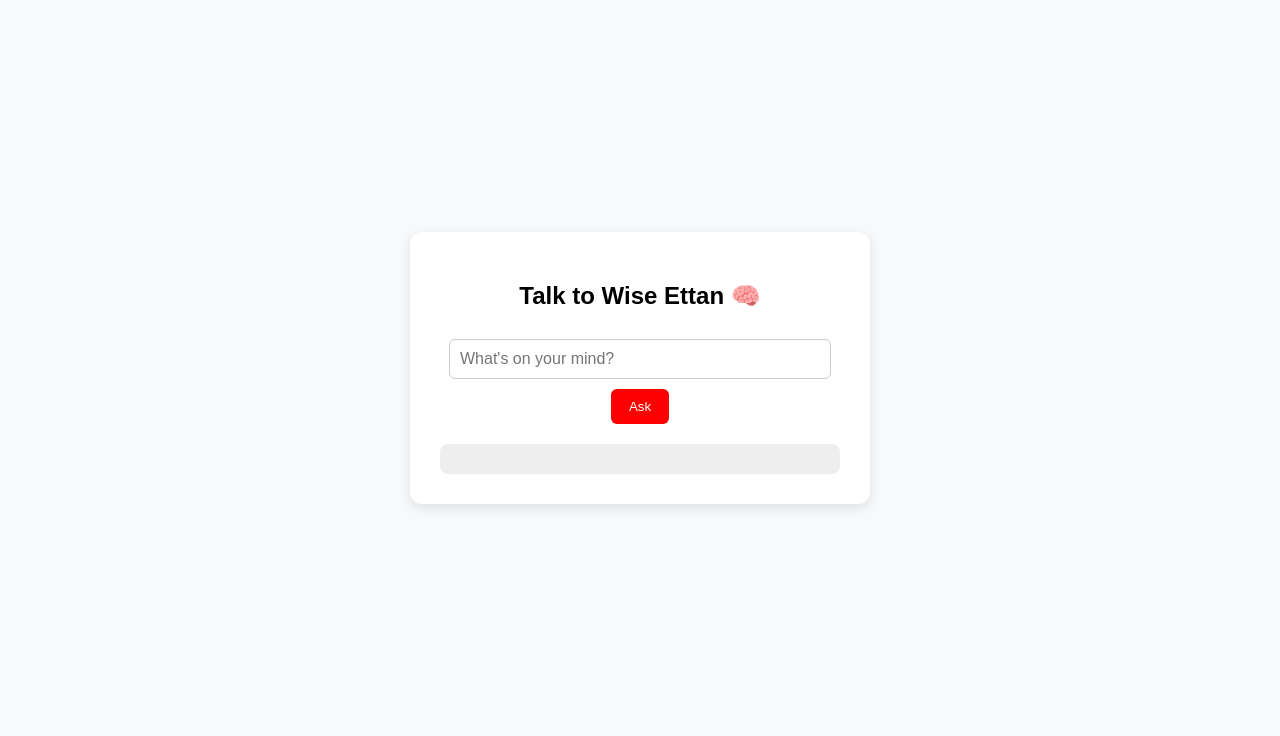
Repository: ryukkzz/Wise-Ettan-s-Zone
Page: chatbot.html
The author's editor kept a copy of each file at every save. The page is drawn from the files as they stood at one save, then again after the next save.
The browser window is 1280 px wide. The pictures show the whole page.

Above is the page before, as saved 2025-08-08 22:42:46.

After the next save:
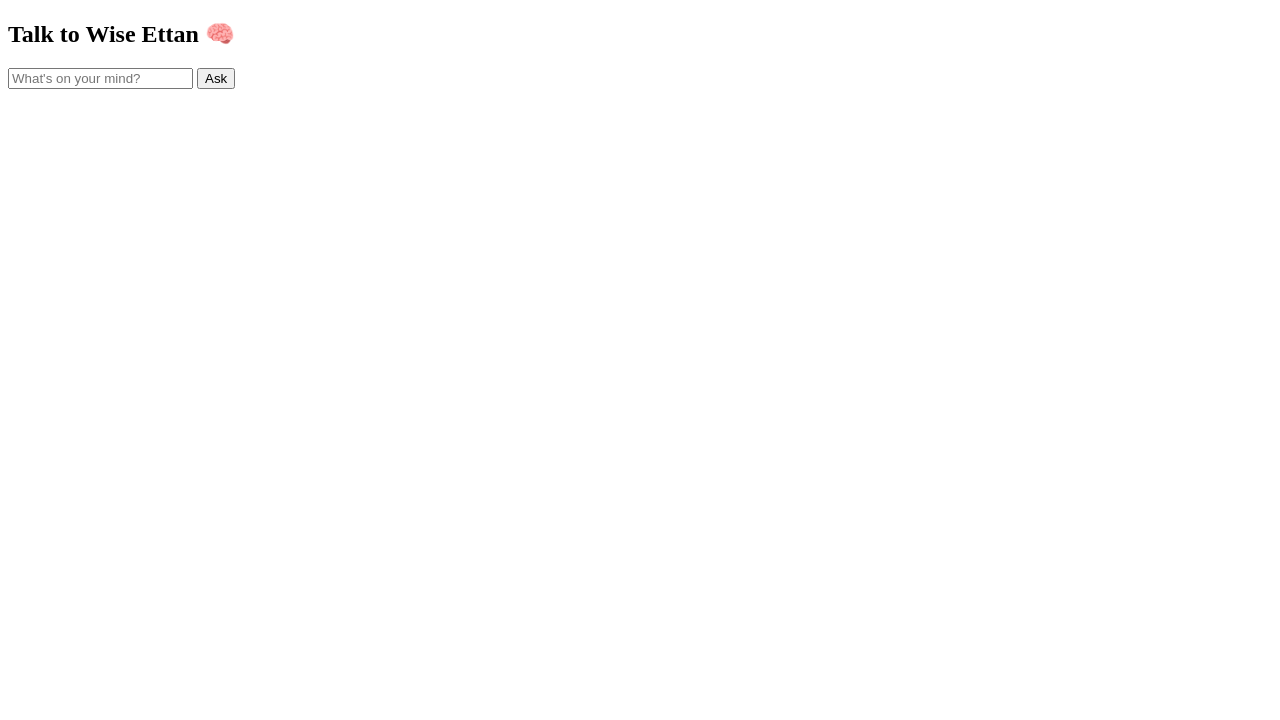
Not found: chatbot.css
Saved 105 s later.
--- a/chatbot.html
+++ b/chatbot.html
@@ -3,7 +3,7 @@
 <head>
   <meta charset="UTF-8">
   <title>Wise Ettan's Chatbot</title>
-  <link rel="stylesheet" href="chatbotd.css">
+  <link rel="stylesheet" href="chatbot.css">
 </head>
 <body>
   <div class="chat-container">

After the save that followed:
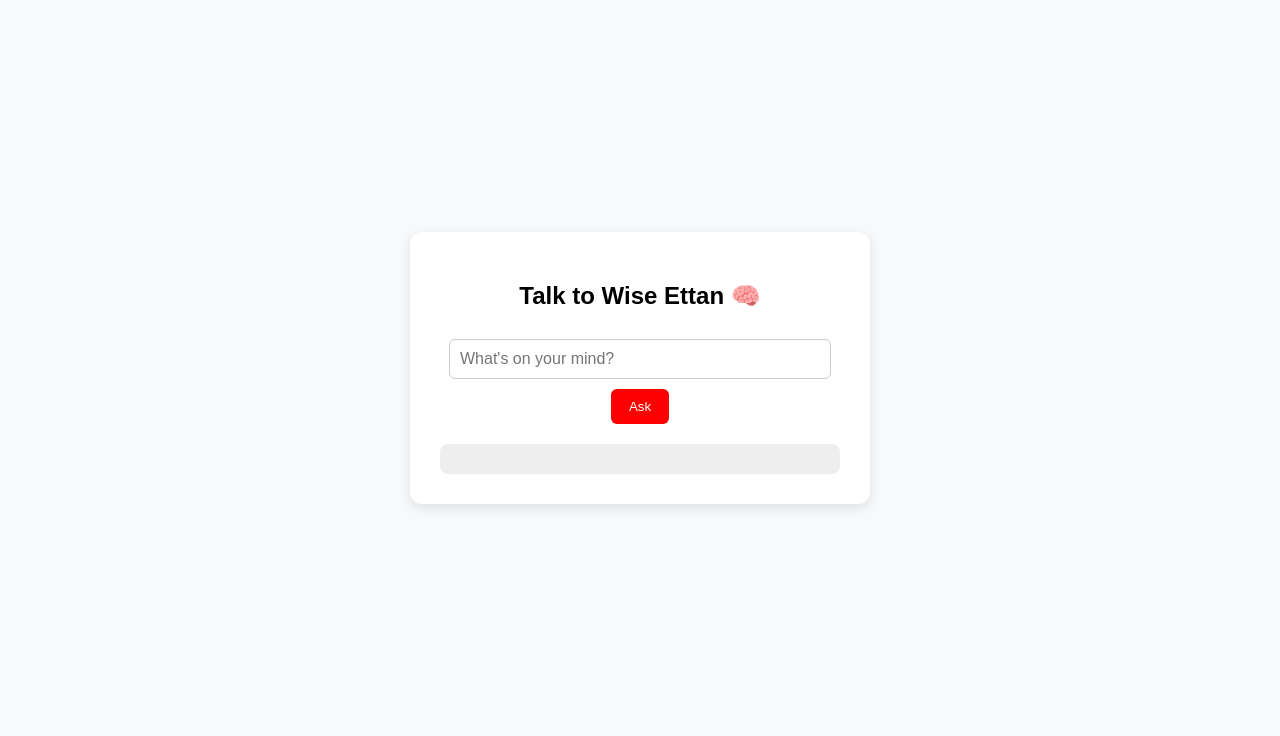
Saved 6 min 8 s later.
--- a/chatbot.html
+++ b/chatbot.html
@@ -3,7 +3,7 @@
 <head>
   <meta charset="UTF-8">
   <title>Wise Ettan's Chatbot</title>
-  <link rel="stylesheet" href="chatbot.css">
+  <link rel="stylesheet" href="chatbotd.css">
 </head>
 <body>
   <div class="chat-container">
